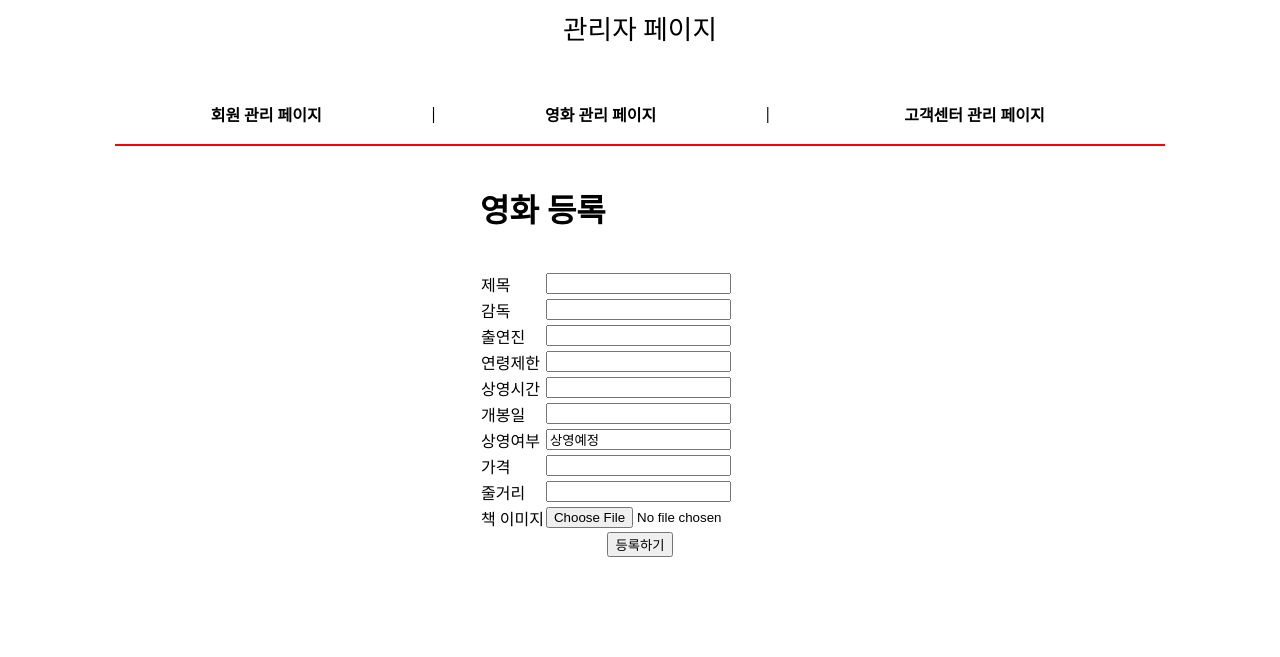
Repository: Tah282/movieSite
Page: http://localhost/CGV_project/WEB-INF/views/manager/movieInsertForm.jsp
An editor plug-in stored every save of this project. The page is shown before and after the next save, followed by the edit.
The browser window is 1280 px wide. The pictures show the whole page.
The page is served by Tomcat 9. Nobody is signed in. Other server files are loaded and not shown. The template is opened directly, without the code that normally fills it, so the values that code supplies are empty.

Above is the page before, as saved 2024-01-05 03:19:19.

### CGV_project/src/main/webapp/WEB-INF/views/manager/movieInsertForm.jsp
<%@ page language="java" contentType="text/html; charset=UTF-8"
    pageEncoding="UTF-8"%>
<%@ taglib prefix="c" uri="http://java.sun.com/jsp/jstl/core" %>
<c:set var="contextPath" value="${pageContext.request.contextPath}"/>

<!DOCTYPE html>
<html>
<head>
<meta charset="UTF-8">
<title>Insert title here</title>
	<link rel="stylesheet" type="text/css" href="${contextPath}/resources/css/style.css" />
</head>
<body>
	<jsp:include page="managerNav.jsp" />

	<div class="center">
		<br>
		<h1>영화 등록</h1>
		<br>

		<form class="formData" method="post" action="${contextPath}/manager/movieInsertPro.do" enctype="multipart/form-data">
			<table border="1">
				<tr>
					<td>제목</td>
					<td><input type="text" name="movieName" class="title"></td>
				</tr>
				<tr>
					<td>감독</td>
					<td><input type="text" name="movieDirector" class="director"></td>
				</tr>
				<tr>
					<td>출연진</td>
					<td><input type="text" name="movieCharacter" class="character"></td>
				</tr>
				<tr>
					<td>연령제한</td>
					<td><input type="text" name="movieAge" class="age"></td>
				</tr>
				<tr>
					<td>상영시간</td>
					<td><input type="text" name="movieTime" class="time"></td>
				</tr>
				<tr>
					<td>개봉일</td>
					<td><input type="text" name="movieOpen" class="open"></td>
				</tr>
				<tr>
					<td>상영여부</td>
					<td><input type="text" name="movieScreening" class="screening" value="상영예정"></td>
				</tr>
				<tr>
					<td>가격</td>
					<td><input type="text" name="movieCost" class="cost"></td>
				</tr>
				<tr>
					<td>줄거리</td>
					<td><input type="text" name="movieContent" class="content"></td>
				</tr>
				<tr>
					<td>책 이미지</td>
					<td><input type="file" name="movieImage" class="movieImage"></td>
				</tr>
				<tr>
					<td colspan="2" align="center">
						<input type="submit" value="등록하기">
					</td>
				</tr>
			</table>
		</form>
	</div>

</body>
</html>

### CGV_project/src/main/webapp/WEB-INF/views/manager/managerNav.jsp
<%@ page language="java" contentType="text/html; charset=UTF-8"
    pageEncoding="UTF-8"%>
<%@ taglib uri="http://java.sun.com/jsp/jstl/core" prefix="c" %>
<c:set var="contextPath" value="${pageContext.request.contextPath}" />

<div class="managerNav">

	<span class="managerTitle">관리자 페이지</span> <br><br><br>

	<table id="managerHeader">
		<tr>
			<td class="menu"><a href="${contextPath}/manager/memberManagement.do">회원 관리 페이지</a></td>
			<td class="menu-space"> | </td>
			<td class="menu"><a href="${contextPath}/manager/movieManagement.do">영화 관리 페이지</a></td>
			<td class="menu-space"> | </td>
			<td class="menu"><a href="${contextPath}/manager/boardManagement.do">고객센터 관리 페이지</a></td>
		</tr>
	</table>
</div>

### CGV_project/src/main/webapp/resources/css/style.css
@charset "UTF-8";

.center {
	margin: 0 auto;
	display: table;
}

/* ============== nav.jsp ===============  */
table, tr, td {
    /* border: 1px solid #333333; */
    border-collapse: collapse;
    border:none;
}

a {
	text-decoration: none;
	color: inherit;
}

#headerTable1 {
    width: 1050px;
    height: 37px;
    margin: 0 auto;
    text-align: center;
    font-size: 13px;
}
.header1-space {
    width: 850px;
    margin: 0 auto;
    text-align: center;
}
.header1-menu {
    width: 100px;
    cursor: pointer;
}
.logo {
    cursor: pointer;
    height: 140px;
    width: 140px;
}
.loginLogo {
    cursor: pointer;
    height: 60px;
    width: 100px;
}
.logoutLogo {
    cursor: pointer;
    height: 60px;
    width: 100px;
}
.registerLogo {
    cursor: pointer;
    height: 60px;
    width: 90px;
}
.myinfoLogo {
    cursor: pointer;
    height: 60px;
    width: 60px;
}
.callcenterLogo {
    cursor: pointer;
    height: 60px;
    width: 60px;
}
.header1-text {
    width:350px;
    font-size:15px;
}

/* header2 */
#headerTable2 {
    width: 1050px;
    height: 63px;
    margin: 0 auto;
    text-align: center;
    font-weight:bolder;
    border-bottom: 2px solid red;
}
.header2-menu{
    cursor: pointer;

}
.header2-space{
    width : 100px;
}
.searchLogo {
    width: 20px;
    height: 16px;
    cursor: pointer;
}

/* advertBlock */
#advertDiv {
    background: #353535;
    height:450px;
}
#advertTable{
    width: 1050px;
    height: 63px;
    margin: 0 auto;
    text-align: center;
}

/* ==================== banner.jsp ======================== */
/* Slideshow container */
.slideshow-container {
  max-width: 100%;
  position: relative;
  margin: auto;
/*   margin-top: 0; */
  text-align: center;
  background: #353535;
}

.bannerImg {
	width: 1050px;
    height: 449px;
}

/* effect */
.fade {
  -webkit-animation-name: fade;
  -webkit-animation-duration: 1.5s;
  animation-name: fade;
  animation-duration: 1.5s;
}

@-webkit-keyframes fade {
  from {opacity: .4}
  to {opacity: 1}
}

@keyframes fade {
  from {opacity: .4}
  to {opacity: 1}
}

/* Next & previous buttons */
.prev  {
  cursor: pointer;
  position: absolute;
  top: 32%;
  left: 10px;
  width: 500px;
  padding: 16px;
  margin-top: -22px;
  color: dimgray;

  font-size: 120px;
  transition: 0.6s ease;
  border-radius: 0 3px 3px 0;
}

.next  {
  cursor: pointer;
  position: absolute;
  top: 32%;
  right: 10px;
  width: 500px;
  padding: 16px;
  margin-top: -22px;
  color: dimgray;

  font-size: 120px;
  transition: 0.6s ease;
  border-radius: 0 3px 3px 0;
}

/* Position the "next button" to the right */
.next {
  right: 0;
  border-radius: 3px 0 0 3px;
}

/*============ loginForm ===================*/
#loginTable {
    margin: 0 auto;
}
.login-header {
    color: #ff5232;
    font-size: 20px;
    font-weight: bold;
    text-align: center;
    height: 100px;
}
.login-id {
    width: 340px;
    height: 54px;
    padding: 0px 11px 1px 15px;
    border-style: none;
    border: 1px solid #B5B5B5;
    border-radius: 5px;
    margin: 5px 0;
}
.login-pw {
    width: 340px;
    height: 54px;
    padding: 0px 11px 1px 15px;
    border-style: none;
    border: 1px solid #B5B5B5;
    border-radius: 5px;
    margin: 5px 0;
}

.login-sub {
    font-size: 13px;
    color: #b54427;
    text-align: right;
    padding-bottom: 20px;
}
.login-td {
    text-align: center;
    height: 60px;
}
.login-btn {
    border-style: none;
    width: 370px;
    height: 54px;
    color: #FFFFFF;
    font-size: 16px;
    background-color: #ff4500;
    border-radius: 5px;
    font-weight: bold;
    cursor: pointer;
}
.join-btn {
    border-style: none;
    width: 370px;
    height: 54px;
    color: #b54427;
    font-size: 16px;
    background-color: #FFFFFF;
    border: 1px solid #b54427;
    border-radius: 5px;
    font-weight: bold;
    cursor: pointer;
}
/* ============= 회원가입 ========================== */
.join-title{
	margin: 0 auto;
	text-align: center;
	border:none;
}
.joinTable{
	margin: 0 auto;
}
.join-id{
	width: 340px;
    height: 54px;
    padding: 0px 11px 1px 15px;
    border:none;
    border-style: none;
    border: 1px solid #B5B5B5;
    border-radius: 5px;
    margin: 5px 0;
}
.join-pw{
	width: 340px;
    height: 54px;
    padding: 0px 11px 1px 15px;
    border-style: none;
    border: 1px solid #B5B5B5;
    border-radius: 5px;
    margin: 5px 0;
}
.join-pwCheck{
	width: 340px;
    height: 54px;
    padding: 0px 11px 1px 15px;
    border-style: none;
    border: 1px solid #B5B5B5;
    border-radius: 5px;
    margin: 5px 0;
}
.join-name{
	width: 340px;
    height: 54px;
    padding: 0px 11px 1px 15px;
    border-style: none;
    border: 1px solid #B5B5B5;
    border-radius: 5px;
    margin: 5px 0;
}
.join-email{
	width: 340px;
    height: 54px;
    padding: 0px 11px 1px 15px;
    border-style: none;
    border: 1px solid #B5B5B5;
    border-radius: 5px;
    margin: 5px 0;
}

/* ============= 영화 리스트 ========================*/
/* movieList */
#listDiv{
    background: #e9e9e9;
    height:450px;
    max-width: 100%;
}
#listTable{
    width: 1050px;
    height: 63px;
    margin: 0 auto;
    text-align: center;
    border-collapse: separate;
    border-spacing: 10px 10px;
}
#listTable td{
    width: 210px;
}
.chartspace1{
    height:30px;
}
.chartspace2{
    height:7px;
}
.listspace{
    width:200px;
}

#chartList{
    text-align:center;
    width:100px;
    font-size: 30px;
    font-weight:bolder;
    cursor: pointer;
}
#openList{
    text-align:right;
    width:130px;
    font-size: 30px;
    font-weight:bolder;
    cursor: pointer;
    /*color:Gray;*/
}
#allList{
    text-align:right;
    font-size: 20px;
    font-weight:bolder;
    cursor: pointer;
}
.chart-img{
	width: 150px;
  	height: 240px;
  	object-fit: cover;
}
.rating-img{
	width: 18px;
  	height: 18px;
  	object-fit: cover;
}
.chartMovieName{
	font-weight:bolder;
	text-overflow: ellipsis;
	white-space: nowrap;
	overflow: hidden;
	width: 198px;
	align:center;
}
.chartMovieInfo{
	text-align:center;
}

/* ====================== 영화 상세 정보 =========================*/

.movieInfo{
	margin: 0 auto;
	display: table;
}

.movieInfoTable{
	width: 1050px;
    height: 290px;
    margin: 0 auto;
}

.InfoImg_td{
	text-align : center;
	width: 400px;
}

.Info-img{
	width: 180px;
	height: 290px;
}

.InfoTitle{
	font-weight: bold;
	font-size: 25px;
}

.InfoData{
	line-height:24px;
}

.Ticketing-btn{
	border-style: none;
    width: 280px;
    height: 54px;
    color: #FFFFFF;
    font-size: 16px;
    background-color: #ff4500;
    border-radius: 5px;
    font-weight: bold;
    cursor: pointer;
}

/* ============== movieTotalList ==================*/
#totalListDiv{
	max-width: 100%;
}
#titleTable{
	width: 1050px;
    height: 150px;
    margin: 0 auto;
}
#totalTable{
	width: 1050px;
    height: 63px;
    margin: 0 auto;
    text-align: center;
    border-collapse: separate;
    border-spacing: 50px 10px;
}
#chartTotal{
	text-align:right;
	font-size: 12px;
}
#openTotal{
	text-align:center;
	font-size: 12px;
}
.tagNum{
	color:white;
    font-size:17px;
    font-weight:bolder;
    background-color:red;
    height:27px;
    width:200px;
}
.listImg{
	width:200px;
    height: 250px;
}
.img-td{
	width:200px;
    height: 250px;
}
.img-name{
	font-weight:bolder;
	overflow: hidden;
  	white-space: nowrap;
 	text-overflow: ellipsis;
 	word-break: break-all;
 	width:200px;
}

/* ============= 고객센터 =====================*/
.board-center{
	margin: 0 auto;
	display: table;
	text-align: center;
}
.board-title{
	width:700px;
}
.boardTitle{
	text-align:center;
}
.board-td{
	text-align:right;
}
.board-content{
	border-top: 1px solid black;
	border-bottom: 1px solid black;
	margin: 0 auto;
	text-align: center;
	width:700px;

}
.board-content2{
	border-bottom: 1px solid black;
	margin: 0 auto;
	text-align: left;
	background-color: #e9e9e9;
	height: 35px;
	font-weight:bolder;
}
.board-content2_1{
	border-bottom: 1px solid black;
	margin: 0 auto;
	text-align: center;
	background-color: #e9e9e9;
	height: 35px;
	font-weight:bolder;
}

.board-content3{
	padding: 10px 0;
	text-align: left;
}
.board-content4{
	padding: 10px 0;
	text-align: center;
}

/* 고객센터 글 조회 */
.boardInfo-table{
	margin: 0 auto;
	display: table;
	text-align: center;
	width:700px;
}
.boardInfo-title{
	border-top: 1px solid black;
	margin: 0 auto;
	text-align: center;
	background-color: #e9e9e9;
	height: 35px;
	font-weight:bolder;
}
.boardInfo-data{
	border-top: 1px solid black;
	margin: 0 auto;
	text-align: right;
	background-color: #e9e9e9;
	height: 35px;
	font-size:12px;
}
.boardInfo-writer{
	text-align: right;
}
.boardInfo-content{
	text-align: left;
}
.boardInfo-space{
	height:30px;
}
.boardInfo-space2{
	height:21px;
	border-bottom: 1px solid black;
}

/* ============= ticketingForm =============== */
.ticketingList{
	background-color: gray;
    width: 1000px;
    height: 350px;
    margin: 0 auto; /* container 영역을 브라우저에서 가운데 정렬하기 위해 auto설정 */
    text-align: center; /* inline-block화 된 div들을 텍스트 마냥 center로 정렬*/
	overflow: scroll;
	overflow: auto;
	white-space: nowrap;
}

.movieDiv{
	display: inline-block; /* 가로로 나열하기 위해 block레벨 요소를 inline-block레벨로 전환 */
    width: 200px; /* 영역 크기 지정 안해주면 inline 레벨처럼 내용물 만큼만 차지하기 때문에 크기 지정 */
    height: 200px; /* 영역 크기 지정 안해주면 inline 레벨처럼 내용물 만큼만 차지하기 때문에 크기 지정 */

}

.ticketingFormTitle{
	font-family: 'Black Han Sans', serif;
	font-size: 40px;
}

.w-btn {
    position: relative;
    border: none;
    display: inline-block;
    padding: 15px 30px;
    border-radius: 15px;
    font-family: "paybooc-Light", sans-serif;
    box-shadow: 0 15px 35px rgba(0, 0, 0, 0.2);
    text-decoration: none;
    font-weight: 600;
    transition: 0.25s;
    background-color: #77af9c;
    color: #d7fff1;
    cursor: pointer;
}
.ticketingBtnTd{
	text-align: right;
}

/* ======================= ticketingTheaterForm ============================= */
.ticketingTheater{
	width: 1000px;
    height: 150px;
}
.ticketingTable{
	width: 1000px;
	border-bottom: solid 1px black;
	border-top: solid 1px black;
}
.regionTitle{
	border-bottom: solid 1px black;
	border-top: solid 1px black;
	background-color: #EBAA5F;
	height: 50px;
	font-weight:bolder;
	font-size: 20px;
	cursor: pointer;
}
.region{
	width: 250px;
	text-align: center;
}
.side{
	color:#8B5927;
}
.regionInfo{
	height: 100px;
	font-size: 20px;
}

.seoul, .paju, .daegu, .busan {
	width: 230px;
	cursor: pointer;
	text-align: center;
}

/* ======================= ticketingDateForm ============================= */
.dateDiv{
	margin: 0 auto;
	display: table;
	text-align: center;
}
.dateTable{
	width: 700px;
	height:300px;
	text-align: center;
}
.day{
	color:#c8c8c8;
}

/* ============================ ticketingSeatForm =========================== */
.seatSpace{
	width: 70px;
}
.screeanImg{
	height: 150px;
	width: 400px;
}
.WhiteSpace{
	height: 50px;
}
#seatTable{
	width: 700px;
	height:300px;
	text-align: center;
	border-spacing: 15px;
    border-collapse: separate;
}
.seatNum{
	border: solid 1px black;
	width: 50px;
}
.seatNumX{
	border: solid 1px black;
}

/* ================================= myForm =========================================*/
.myFormName{
	width: 1050px;
	height:500px;
	background: #e9e9e9;
	margin: 0 auto;
}
.myForm{
	margin: 0 auto;
	width: 700px;
	height:300px;
	border-collapse: separate;
	border-radius: 10px;
	border-spacing: 20px;
}
.myFormInfo{
	width: 150px;
    height: 200px;
    font-size: 20px;
    font-weight: bold;
    cursor: pointer;
    border: solid 1px black;
    border-radius: 15px;
 	text-align: center;
}
.myFormName{
	font-size: 30px;
}

/* ================================== myWriteList ====================================== */
.titleDiv{
	width: 1050px;
	height:100px;
	background: #e9e9e9;
	margin: 0 auto;
	text-align: left;
}
.myWriteTable{
	border-top: 1px solid black;
	border-bottom: 1px solid black;
	margin: 0 auto;
	text-align: center;
	width:1050px;
}

.updateTable{
	width: 550px;
}

.upSpace{
	height:25px;
}

/* ================================== myWriteList ======================================== */
.ticketing-center{
	margin: 0 auto;
	display: table;
	text-align: center;
}

.myTicketingTable{
	border-top: 1px solid black;
	border-bottom: 1px solid black;
	margin: 0 auto;
	text-align: center;
	width:1050px;
}
.ticketing-content2{
	border-bottom: 1px solid black;
	margin: 0 auto;
	text-align: center;
	background-color: #e9e9e9;
	height: 35px;
	font-weight:bolder;
}
.ticketing-content3{
	padding: 10px 0;
}

/* ====================================== managerNav ====================================== */
.managerNav{
	display: table;
	width: 1050px;
	margin: 0 auto;
    text-align: center;
}

.managerTitle{
	font-size: 20pt;
}
.managerName{
	display:inline-block;
	width: 150px;
	text-align: right;
	font-weight:bolder;
}

#managerHeader{
	width: 1050px;
    height: 63px;
    margin: 0 auto;
    text-align: center;
    font-weight:bolder;
    border-bottom: 2px solid red;
}

.menu{
	cursor: pointer;
}

.menu-space{
	width : 30px;
}

/* ================================= memberManagement =================================== */
.memberManagement{
	margin: 0 auto;
    display: table;
}
.memberTitle{
	text-align: center;
	width: 900px;
}

.memberManagementTBL{
	width: 900px;
	border-collapse: separate;
 	border-spacing: 0 10px;
}

/* ================================ memberModifyForm ================================== */
.modifyDiv{
	display: table;
	width: 1050px;
	margin: 0 auto;
    text-align: center;
}
.modifyTBL{
	width: 900px;
	border-collapse: separate;
 	border-spacing: 0 10px;
}

/* ================================ boardManagement =================================== */
.boardManagement{
	margin: 0 auto;
    display: table;
    text-align: center;
}

/* ================================ movieManagement =================================== */
.movieManagement{
	margin: 0 auto;
    display: table;
    text-align: center;
}
.movieManageTBL{
	margin: 0 auto;
	width: 700px;
	height:300px;
	border-collapse: separate;
	border-radius: 10px;
	border-spacing: 20px;
}
.movieManage{
	width: 150px;
    height: 200px;
    font-size: 20px;
    font-weight: bold;
    cursor: pointer;
    border: solid 1px black;
    border-radius: 15px;
 	text-align: center;
}

After the next save:
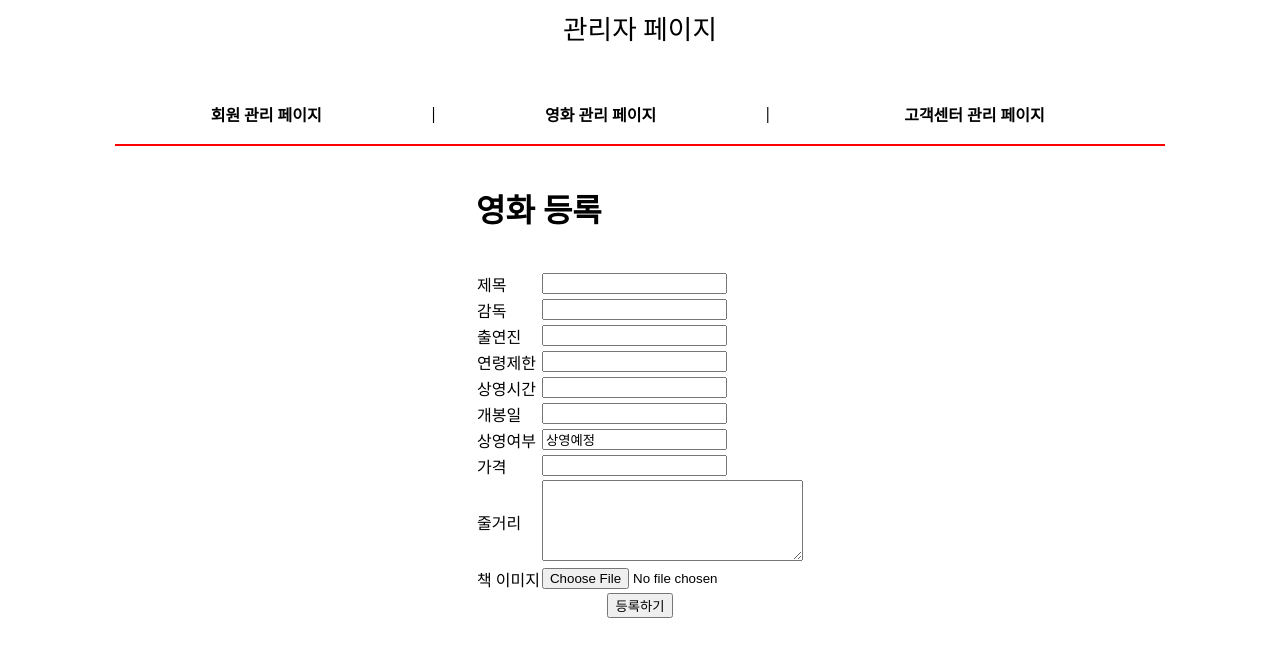
Saved 76 s later.
--- a/CGV_project/src/main/webapp/WEB-INF/views/manager/movieInsertForm.jsp
+++ b/CGV_project/src/main/webapp/WEB-INF/views/manager/movieInsertForm.jsp
@@ -54,7 +54,7 @@
 				</tr>
 				<tr>
 					<td>줄거리</td>
-					<td><input type="text" name="movieContent" class="content"></td>
+					<td><textarea rows="5" cols="30" name="movieContent" class="content"></textarea></td>
 				</tr>
 				<tr>
 					<td>책 이미지</td>
